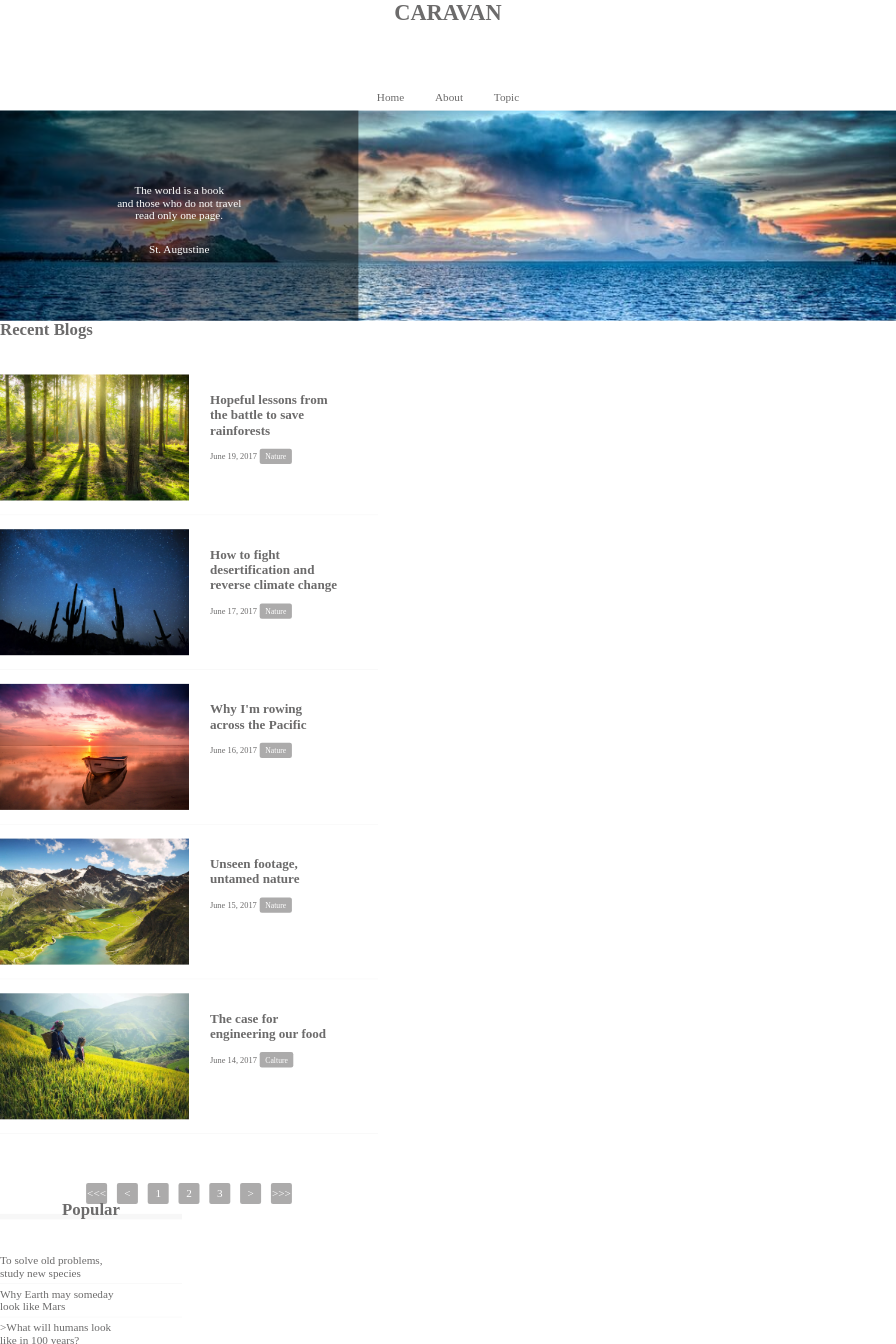
Repository: 220416/kadai1
Page: caravan/index.html
The author's editor kept a record of every edit. The page is drawn from the files as they stood at one moment, then again after the next edit.
The browser window is 1280 px wide. The pictures show the part of the page from y = 0 to 1920 px (the page is 4013 px tall before and 4055 px after), at 70% of full size.

Above is the page before.

### caravan/index.html
<!DOCTYPE html>
<html lang="ja">
  <head>
    <meta charset="UTF-8" />
    <!-- CSSファイルの読み込み -->
    <link rel="stylesheet" href="style.css" />
    <title>CARAVAN</title>
  </head>
  <body>
    <header>
      <h1 class="heading">
        <a href="index.html">CARAVAN</a>
        </h1>
    </header>

    <nav>
      <ul class="nav-list">
        <li class="nav-list-item">
          <a href="index.html">Home</a>
        </li>
        <li class="nav-list-item">About</li>
        <li class="nav-list-item">Topic</li>
      </ul>
    </nav>

    <div class="main-visual">
      <div class="main-visual-content">
        <p class ="main-visual-text">
          The world is a book<br />
          and those who do not travel <br />
          read only one page.</p>
        <p class="main-visual-name">St. Augustine</p>
      </div>
    </div>


    <main>
      <section class="blog">
        <h2 class="blog-headline">Recent Blogs</h2>

        <div class="blog-box">
          <div class="blog-item">
          <img class="blog-image" src="img/img/forest.jpg">
          <section class="blog-text">
            <h3 class="blog-text-headline">
              <a href="single.html">
                Hopeful lessons from<br>
                the battle to save<br>
                rainforests
              </a>
            </h3>
            <p class="blog-date">June 19, 2017</p>
            <span class="category">Nature</span>
          </section>
          </div>

          <div class="blog-item">
          <img class="blog-image" src="img/img/desert.jpg">
          <section class="blog-text">
            <h3 class="blog-text-headline">
              <a href="single.html">
                How to fight<br />
                desertification and<br />
                reverse climate change
              </a>
            </h3>
            <p class="blog-date">June 17, 2017</p>
            <span class="category">Nature</span>
          </section>
          </div>

          <div class="blog-item">
          <img class="blog-image" src="img/img/sunset.jpg">
          <section class="blog-text">
            <h3 class="blog-text-headline">
              <a href="single.html">
                 Why I'm rowing<br />
                across the Pacific
              </a>
            </h3>
            <p class="blog-date">June 16, 2017</p>
            <span class="category">Nature</span>
          </section>
          </div>

          <div class="blog-item">
          <img class="blog-image" src="img/img/italy.jpg">
          <section class="blog-text">
            <h3 class="blog-text-headline">
              <a href="single.html">
                Unseen footage,<br />
                untamed nature
              </a>
            </h3>
            <p class="blog-date">June 15, 2017</p>
            <span class="category">Nature</span>
          </section>
          </div>

          <div class="blog-item">
          <img class="blog-image" src="img/img/asia.jpg">
          <section class="blog-text">
            <h3 class="blog-text-headline">
              <a href="single.html">
                The case for<br />
                engineering our food
              </a>
            </h3>
            <p class="blog-date">June 14, 2017</p>
            <span class="category">Calture</span>
          </section>
          </div>
        </div>
        <div class="pagination">
          <p><<<</p>
          <p><</p>
          <p>1</p>
          <p>2</p>
          <p>3</p>
          <p>></p>
          <p>>>></p>
        </div>
      </section>

      <div class="right">
      <div class="sidebar">
        <section class="popular">
          <h2 class="popular-heading common-heading">Popular</h2>
          <div class="sidebar-contents">
            <p class="popular-text">To solve old problems,<br>study new species</p>
            <p class="popular-text">Why Earth may someday<br>look like Mars</p>
            <p class="popular-text">>What will humans look<br>like in 100 years?</p>
            <p class="popular-text">How to grow a forest<br>in your backyard</p>
            <p class="popular-text">How humans could evolve<br>to survive in space</p>
          </div>
        </section>

        <section class="instagram">
          <h2 class="instagram-heading common-heading">Instagram</h2>
          <div class="sidebar-contents">
            <div class="instagram-box"></div>
            <div class="instagram-box"></div>
            <div class="instagram-box"></div>
            <div class="instagram-box"></div>
            <div class="instagram-box"></div>
            <div class="instagram-box"></div>
          </div>
        </section>

        <section class="categories">
          <h2 class="categories-heading common-heading">Categories</h2>
          <div class="sidebar-contents">
            <p class="categories-text">Technology(15)</p>
            <p class="categories-text">Business(23)</p>
            <p class="categories-text">Entertainment(12)</p>
            <p class="categories-text">Nature(32)</p>
            <p class="categories-text">Education(9)</p>
            <p class="categories-text">Adventure(23)</p>
            <p class="categories-text">Communication(14)</p>
          </div>
        </section>
      </div>
      </div>
    </main>

    <footer>
      <p class="footer-text">© All rights reserved by Infratop.Inc.</p>
    </footer>
  </body>
</html>

### caravan/style.css
* {
  margin: 0;
  padding: 0;
  box-sizing: border-box;
  color: #6c6b6b;
}

a{
  text-decoration: none;
}
header{
  width: 100%;
  height: 120px;
  text-align:center;
  position:relative;
}

.social{
  display: inline-block;
  margin-left:20px;
  position: absolute;
  top:22px;
  right:22px;
}

header heading{
  font-size:32px;
}

.nav-list{
  text-align:center;
  padding:10px 0;
  margin:0 auto;
}

.nav-list-item{
  list-style:none;
  display:inline-block;
  margin: 0 20px;
}
.main-visual{
  width: 100%;
  height: 300px;
  background-image:url(img//img/mv.jpg);
  background-size:cover;
  background-position:center;
}

.main-visual-content{
  width: 40%;
  height: 300px;
  background-color: rgba(0,0,0,0.5);
  text-align: center;
  padding-top:105px;
}

.main-visual-text{
  color:#fff;
}

.main-visual-name{
  margin-top: 30px;
  color:#fff;
}

.main{
  width: 800px;
  display:flex;
  justify-content:center;
  margin:0 auto;
  padding:70px 0;
}

.blog{
  width: 540px;
  display:inline-block;
  margin-right: 30px;
  }


.blog-heading{
  border-bottom: 8px solid #f7f7f7;
  text-align:center;
  line-height:0.6px;
  margin:30px;
}

.blog-box{
  padding-top:50px;
}

.blog-item{
  padding-bottom: 20px;
  margin-bottom: 20px;
  border-bottom:1px solid #f7f7f7;
  display:flex;
  justify-content:flex-start;
}

.blog-image{
  height: 180px;
}

.blog-text{
  padding:25px 0 0 30px;
}

.blog-text-headline{
  padding-bottom: 15px;
}
.blog-date{
  font-size: 12px;
  display: inline-block;
}
.category{
  display:inline-block;
  padding: 5px 8px;
  background-color: #acabab;
  border-radius:3px;
  color: #fff;
  font-size:11px;
}

.pagination{
  text-align: center;
  padding-top: 50px;
}

.pagination p{
  display:inline-block;
  width: 30px;
  height: 30px;
  margin:0 5px;
  color:#fff;
  background-color:#acabab;
  border-radius:3px;
  line-height:30px;
}

.sidebar{
  width: 260px;
  height: 100%;
  display:inline-block;
}


.common-heading{
  border-bottom:8px solid #f7f7f7;
  text-align: center;
  line-height:0.6;
}

.sidebar-contents{
  padding: 50px 0;
}

.popular-text,
.categories-text{
  padding-bottom: 5px;
  border-bottom: 1px solid #f7f7f7;
  margin-bottom:6px;
}

.popular-text:last-child,
.categories-text:last-child{
  margin: 0;
  padding: 0;
  border:none;
}

.instagram .sidebar-contents{
  display:flex;
  flex-wrap:wrap;
}

.instagram-box{
  width: 110px;
  padding: 110px;
  background-size: cover;
  background-position:center;
  margin-bottom: 10px;
}

.instagram-box:nth-child(odd)  {
  margin: 0 10px 10px 0;
}

.instagram-box:nth-child(1){
  background-image:url(img/img/airport.jpg);
}

.instagram-box:nth-child(2){
  background-image:url(img/img/japan.jpg);
}

.instagram-box:nth-child(3){
  background-image:url(img/img/snow.jpg);
}

.instagram-box:nth-child(4){
  background-image:url(img/img/japan2.jpg);
}

.instagram-box:nth-child(5){
  background-image:url(img/img/lake.jpg);
}

.instagram-box:nth-child(6){
  background-image:url(img/img/road.jpg);
}

footer{
  width: 100%;
  height: 120px;
  text-align: center;
  line-height: 120px;
  background-color: #848282;
}

.footer-text{
  color:#fff;
}

After the next edit:
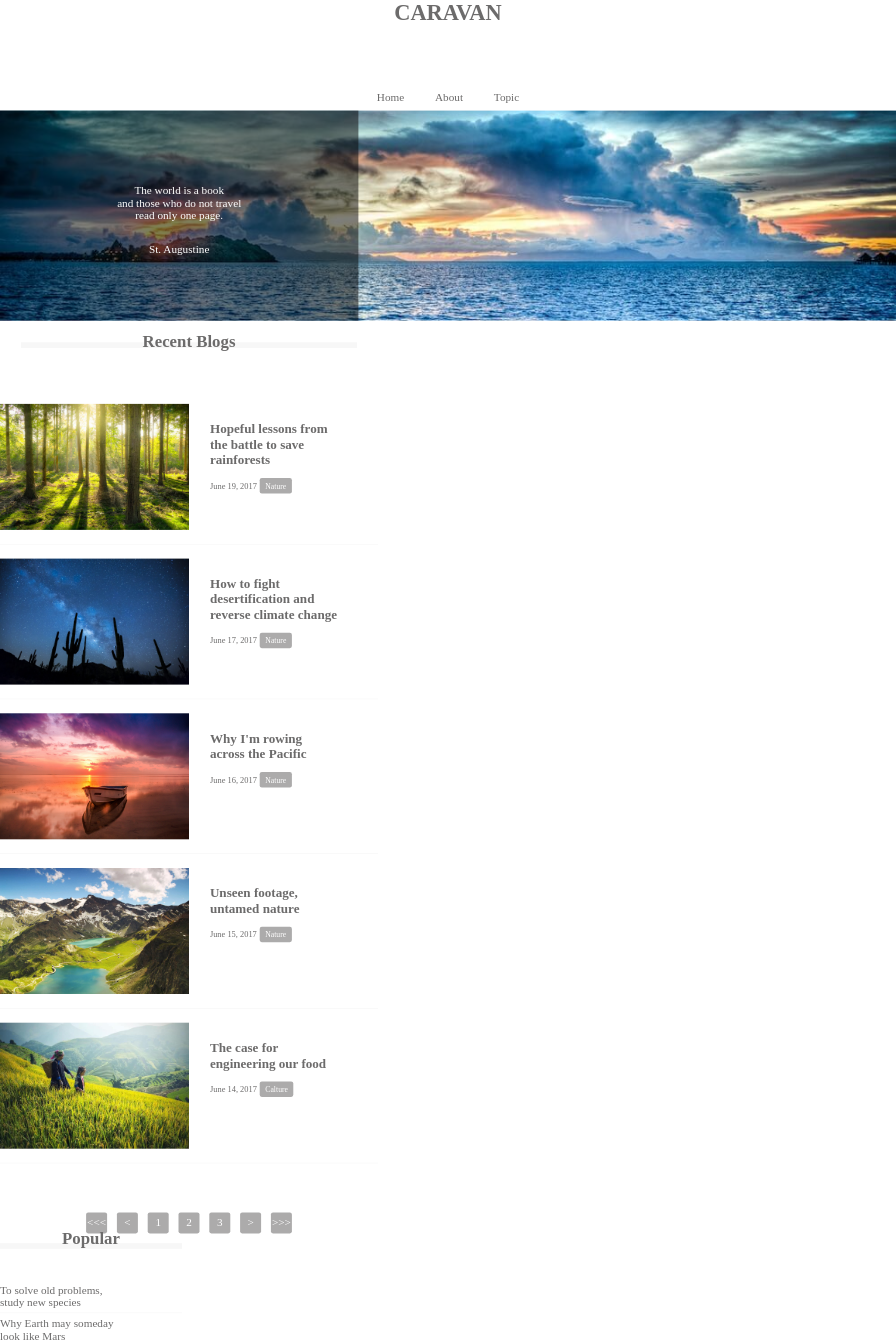
The edit:
--- a/caravan/index.html
+++ b/caravan/index.html
@@ -36,7 +36,7 @@
 
     <main>
       <section class="blog">
-        <h2 class="blog-headline">Recent Blogs</h2>
+        <h2 class="blog-heading">Recent Blogs</h2>
 
         <div class="blog-box">
           <div class="blog-item">
